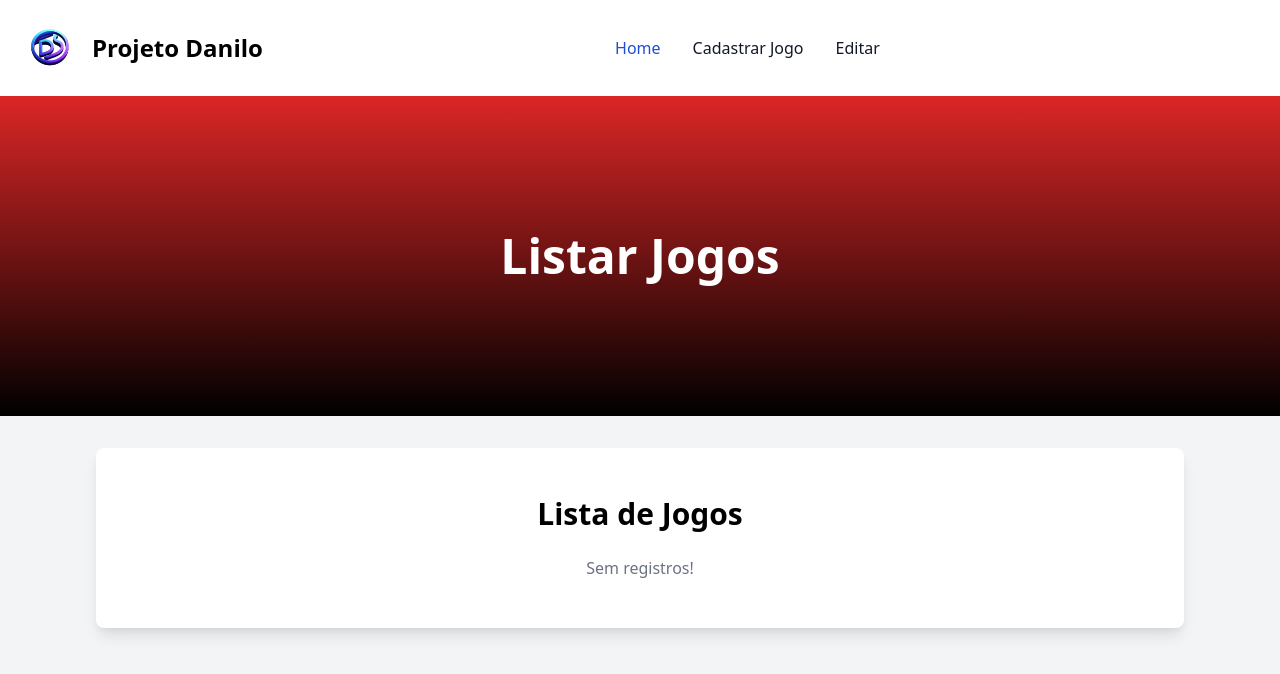
Repository: DaniloSsoares/Projeto-Laravel-site
Page: http://localhost/listar
The author's editor kept a copy of each file at every save. The page is drawn from the files as they stood at one save, then again after the next save.
The browser window is 1280 px wide. The pictures show the whole page.
The page is served by the project's Laravel application, run on PHP 8.4 with Laravel 12. Other server files are loaded and not shown. Queries for data that is not in the repository find no rows.

Above is the page before, as saved 2024-09-10 11:30:54.

### Projeto_Laravel_Crud/routes/web.php
<?php

use App\Http\Controllers\JogoController;
use App\Http\Controllers\ProfileController;
use Illuminate\Support\Facades\Route;

Route::get('/', function () {
    return view('welcome');
});

Route::get('/dashboard', function () {
    return view('dashboard');
})->middleware(['auth', 'verified'])->name('dashboard');

Route::middleware('auth')->group(function () {
    Route::get('/profile', [ProfileController::class, 'edit'])->name('profile.edit');
    Route::patch('/profile', [ProfileController::class, 'update'])->name('profile.update');
    Route::delete('/profile', [ProfileController::class, 'destroy'])->name('profile.destroy');
});

require __DIR__.'/auth.php';


Route::get('/listar', [JogoController::class, 'listar'])->name('jogo.listar');

Route::get('/cadastrar', [JogoController::class, 'cadastrar'])->name('jogo.cadastrar');

Route::get('/atualizar', function () {
    return view('atualizacao');
});

Route::get('/deletar', function () {
    return view('deletar');
});




Route::post('/adicionarJogo', [JogoController::class, 'adicionar'])->name('adicionar.jogo');


Route::post("/atualizar/{id}", [JogoController::class, 'atualizar'])->name('atualizar.jogo');

Route::get("/excluir/{id}",[JogoController::class, 'excluir'])->name('Excluir.jogo');

Route::get("/editar/{id}",[JogoController::class, 'editar'])->name('Editar.jogo');

### Projeto_Laravel_Crud/app/Http/Controllers/JogoController.php
<?php

namespace App\Http\Controllers;

use App\Models\Jogo;
use Illuminate\Http\Request;
use App\Http\Requests\adicionarRequest;

class JogoController extends Controller
{
    /**
     * Display a listing of the resource.
     */
    public function authorize()
    {
        return true;  // Certifique-se de retornar true para permitir a validação
    }


        public function cadastrar(Request $req)
        {
            $jogos = Jogo::all();  // Exemplo de lógica com dados do banco
            return view('cadastrar', ['jogos' => $jogos]);
        }
        public function adicionar(adicionarRequest $req){
          try{
             $jogo = new Jogo;
             $jogo-> titulo = $req->titulo;
             $jogo->anolanc = $req->anolanc;
             $jogo-> classi = $req->classi;
             $jogo-> genero = $req->genero;
             $jogo->pontuacao= $req->pontuacao;
             $jogo-> plataforma = $req->plataforma;
             $jogo-> empresa = $req->empresa;
             if ($req->hasFile('capa') && $req->file('capa')->isValid()) {

                $jogo->capa = $req->file('capa')->store('capas', 'public');
            }
            $jogo->save();
            return redirect()->back()->with('success', 'Filme adicionado com sucesso!');
        } catch (\Exception $e) {

            return redirect()->back()->withErrors(['error' => 'Ocorreu um erro ao adicionar o filme: ' . $e->getMessage()]);
        }
    }

public function listar(Request $req){
    $jogos = Jogo::all();
    return view('listar', ['jogos' => $jogos]);
}
public function excluir(Request $req){
$jogo = Jogo::find($req->id);
$jogo->delete();
return redirect()->back();
}
public function editar(Request $req){
$jogo = Jogo::find($req->id);
return view('editar')->with("jogo", $jogo);
}
}

### Projeto_Laravel_Crud/app/Models/Jogo.php
<?php

namespace App\Models;

use Illuminate\Database\Eloquent\Factories\HasFactory;
use Illuminate\Database\Eloquent\Model;

class Jogo extends Model
{
    use HasFactory;

    protected $fillable = [
"titulo",
"anolanc",
"classi",
"genero",
"pontuacao",
"plataforma",
"empresa",
"capa",

    ];
    public function getCapaUrlAttribute(){
        if($this->capa){
            //Asset usado em laravel para armazernar uma url dentro de uma pasta
            return asset('storage/' . $this->capa);
        }
        return null;
    }
}

### Projeto_Laravel_Crud/resources/views/listar.blade.php
<!DOCTYPE html>
<html lang="en">

<head>
    <meta charset="UTF-8">
    <meta name="viewport" content="width=device-width, initial-scale=1.0">
    <title>Laravel PHP Breeze Test</title>
    <link rel="stylesheet" href="https://cdn.jsdelivr.net/npm/tailwindcss@2.2.19/dist/tailwind.min.css">
</head>

<body class="bg-gray-100 dark:bg-zinc-900 text-black dark:text-white">

    <!-- Header -->

    @if (Route::has('login'))
    <nav class="bg-white border-gray-200 dark:bg-gray-900">
  <div class="max-w-screen-xl flex flex-wrap items-center justify-between mx-auto p-4">
  <a href="{{ url('/dashboard') }}" class="flex items-center space-x-3 rtl:space-x-reverse">
      <img src="/img/logoDan.png" class="h-16" alt="Flowbite Logo" />
      <span class="self-center text-2xl font-semibold whitespace-nowrap dark:text-white">Projeto Danilo</span>
  </a>

  <div class="flex items-center md:order-2 space-x-3 md:space-x-0 rtl:space-x-reverse">


  </div>
  <div class="items-center justify-between hidden w-full md:flex md:w-auto md:order-1" id="navbar-user">
    <ul class="flex flex-col font-medium p-4 md:p-0 mt-4 border border-gray-100 rounded-lg bg-gray-50 md:space-x-8 rtl:space-x-reverse md:flex-row md:mt-0 md:border-0 md:bg-white dark:bg-gray-800 md:dark:bg-gray-900 dark:border-gray-700">
      <li>
        <a href="{{ url('/dashboard') }}" class="block py-2 px-3 text-white bg-blue-700 rounded md:bg-transparent md:text-blue-700 md:p-0 md:dark:text-blue-500" aria-current="page">Home</a>
      </li>
      <li>
       <a href="{{ route('jogo.cadastrar') }}" class="block py-2 px-3 text-gray-900 rounded hover:bg-gray-100 md:hover:bg-transparent md:hover:text-blue-700 md:p-0 dark:text-white md:dark:hover:text-blue-500 dark:hover:bg-gray-700 dark:hover:text-white md:dark:hover:bg-transparent dark:border-gray-700">Cadastrar Jogo</a>

      </li>

      <li>
        <a href="#" class="block py-2 px-3 text-gray-900 rounded hover:bg-gray-100 md:hover:bg-transparent md:hover:text-blue-700 md:p-0 dark:text-white md:dark:hover:text-blue-500 dark:hover:bg-gray-700 dark:hover:text-white md:dark:hover:bg-transparent dark:border-gray-700">Editar</a>
      </li>

      <div class="flex space-x-4">
                @auth
                <a href="{{ url('/profile') }}" class="block py-2 px-3 text-gray-900 rounded hover:bg-gray-100 md:hover:bg-transparent md:hover:text-blue-700 md:p-0 dark:text-white md:dark:hover:text-blue-500 dark:hover:bg-gray-700 dark:hover:text-white md:dark:hover:bg-transparent dark:border-gray-700">Perfil</a>

                <div>{{ Auth::user()->name }}</div>

                @endauth
            </div>
    </ul>
  </div>
  </div>
</nav>


<div class="w-full">
  <!-- Header com gradiente -->
  <div class="bg-gradient-to-b from-red-600 to-black h-80 flex justify-center items-center">
    <h1 class="text-white text-5xl font-bold">Listar Jogos</h1>
  </div>

  <!-- Conteúdo principal -->
  <div class="max-w-6xl mx-auto px-6 sm:px-6 lg:px-8 mb-12 mt-8">
    <div class="bg-white shadow-lg rounded-lg p-8 sm:p-12">
      <!-- Título da seção -->
      <p class="text-3xl font-semibold text-center mb-6">Lista de Jogos</p>

      <!-- Container dos jogos -->
      <div class="grid grid-cols-1 sm:grid-cols-2 lg:grid-cols-3 gap-6">
        <!-- Verifica se existem jogos -->
        @if (count($jogos) > 0)
          @foreach ($jogos as $fill)
          <!-- Card de jogo -->
          <div class="bg-gray-100 p-6 rounded-lg shadow-md hover:shadow-xl transition-shadow">
            <!-- Imagem e detalhes do jogo -->
            <div class="flex items-start space-x-4">
              <img src="{{ asset('storage/' . $fill->capa) }}" alt="Capa do jogo" class="w-24 h-32 object-cover rounded-md bg-slate-100">
              <div class="flex-1">
                <!-- Título do jogo -->
                <h3 class="font-bold text-lg text-gray-900 mb-2">{{ $fill->titulo }}</h3>
                <!-- Informações adicionais -->
                <p class="text-sm text-gray-500">Ano: {{ $fill->anolanc }}</p>
                <p class="text-sm text-gray-500">Gênero: {{ $fill->genero }}</p>
                <p class="text-sm text-gray-500">Plataforma: {{ $fill->plataforma }}</p>
                <p class="text-sm text-gray-500">Classificação: {{ $fill->classi }}</p>
              </div>
            </div>

            <!-- Empresa e pontuação -->
            <div class="flex justify-between items-center mt-4">
              <div class="text-gray-600">
                <p class="text-sm">Empresa: {{ $fill->empresa }}</p>
              </div>
              <!-- Pontuação com ícone de estrela -->
              <div class="flex items-center text-yellow-500">
                <svg class="w-5 h-5 mr-1" xmlns="http://www.w3.org/2000/svg" fill="currentColor" viewBox="0 0 24 24">
                  <path d="M12 17.27l6.18 4.73-1.64-7.03L22 9.24l-7.19-.61L12 2 9.19 8.63 2 9.24l5.46 5.73L5.82 22z"/>
                </svg>
                <span class="font-bold">{{ $fill->pontuacao }}</span>
              </div>
            </div>

            <!-- Botões de ação -->
            <div class="mt-6 flex justify-between">
              <a href="/editar/{{ $fill->id }}" class="bg-gray-500 text-white py-2 px-4 rounded-md hover:bg-gray-800 transition-colors">Editar</a>
              <a href="/excluir/{{ $fill->id }}" class="bg-red-500 text-white py-2 px-4 rounded-md hover:bg-red-600 transition-colors">Excluir</a>
            </div>
          </div>
          @endforeach
        @else
          <!-- Caso não haja registros -->
          <p class="text-center text-gray-500 col-span-full">Sem registros!</p>
        @endif
        @endif
      </div>
    </div>
  </div>
</div>


</body>
</html>

Loaded but not shown: Projeto_Laravel_Crud/routes/auth.php (common file); Projeto_Laravel_Crud/app/Http/Controllers/Auth/EmailVerificationPromptController.php (common file); Projeto_Laravel_Crud/app/Http/Controllers/Controller.php (common file); Projeto_Laravel_Crud/app/Http/Controllers/Auth/VerifyEmailController.php (common file)

After the next save:
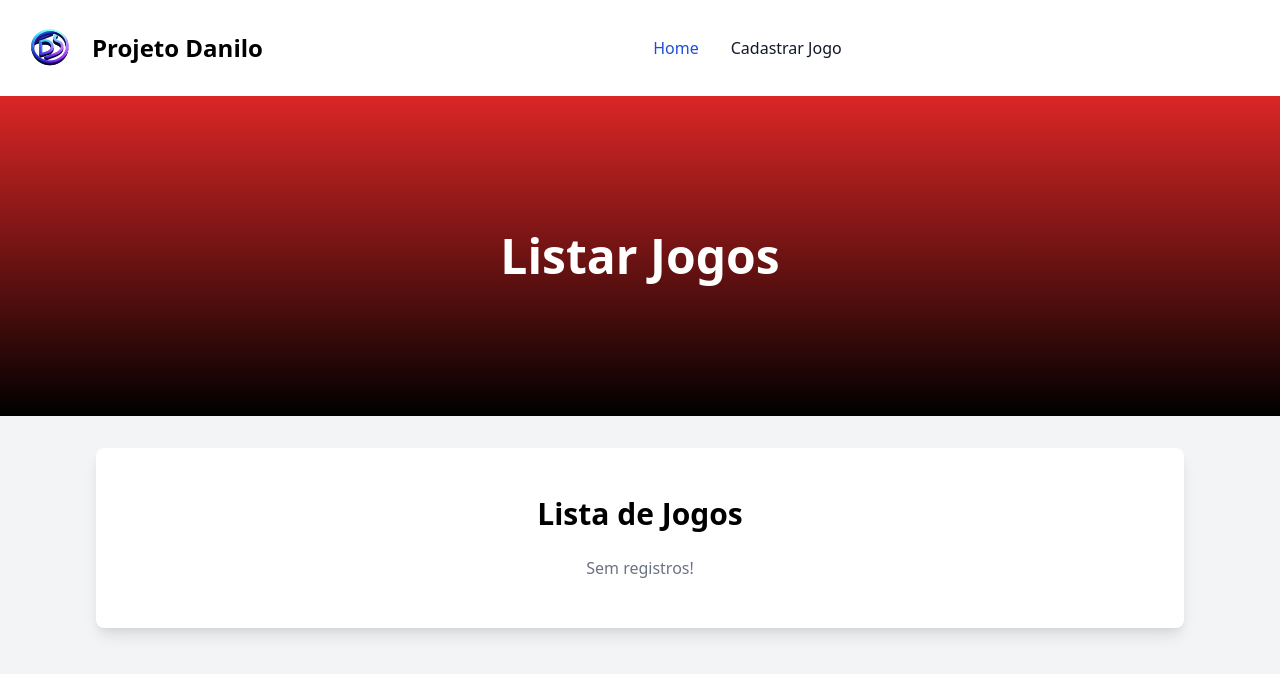
Saved 12 s later.
--- a/Projeto_Laravel_Crud/resources/views/listar.blade.php
+++ b/Projeto_Laravel_Crud/resources/views/listar.blade.php
@@ -34,9 +34,6 @@
 
       </li>
 
-      <li>
-        <a href="#" class="block py-2 px-3 text-gray-900 rounded hover:bg-gray-100 md:hover:bg-transparent md:hover:text-blue-700 md:p-0 dark:text-white md:dark:hover:text-blue-500 dark:hover:bg-gray-700 dark:hover:text-white md:dark:hover:bg-transparent dark:border-gray-700">Editar</a>
-      </li>
 
       <div class="flex space-x-4">
                 @auth
